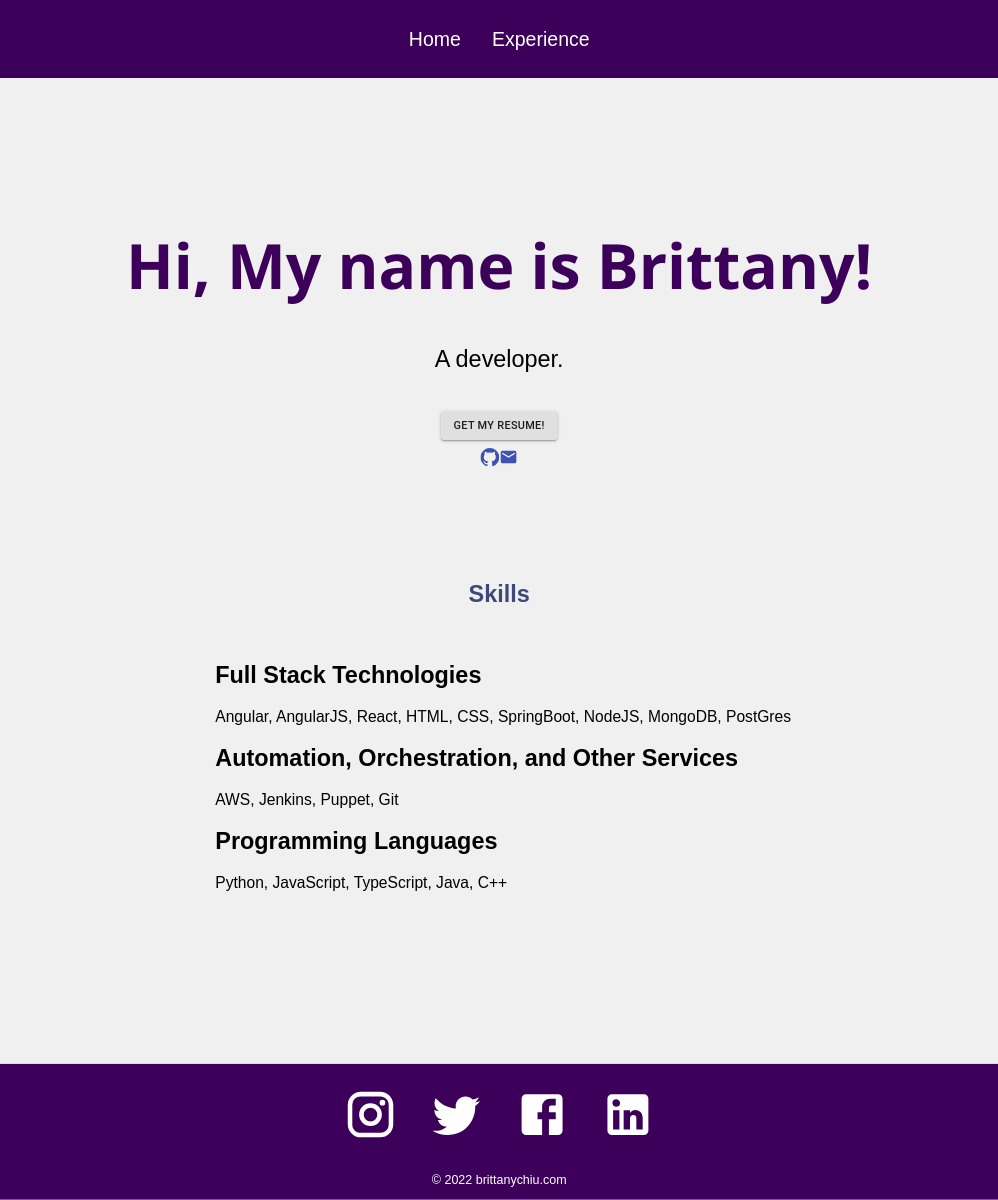
Repository: chiubacca94/chiufolio
Page: /
An editor plug-in stored every save of this project. The page is shown before and after the next save, followed by the edit.
The browser window is 1280 px wide. The pictures show the whole page, at 78% of full size.
The project was rebuilt for these pictures with package versions that can differ from the ones it lists, and the page was loaded fresh each time. Also part of the build but not shown: src/components/Projects/Projects.js, src/components/Experiences/Experiences.css, src/components/Experiences/Experiences.js.

Above is the page before, as saved 2022-07-04 22:48:57.

### src/App.js
import './App.css';
import { BrowserRouter as Router, Routes, Route } from 'react-router-dom';
import Navbar from './components/NavBar/Navbar';
import Home from './components/Home/Home';
import Projects from './components/Projects/Projects';
import Experiences from './components/Experiences/Experiences';
import Footer from './components/Footer/Footer';


function App() {
  return (
    <div className="App">
      <Router>
        <Navbar />
        <Routes>
          <Route path="/" element={ <Home /> }></Route>
          <Route path="/projects" element={ <Projects /> }></Route>
          <Route path="/experiences" element={ <Experiences /> }></Route>
        </Routes>
        <Footer />
      </Router>
    </div>
  );
}

export default App;

### src/App.css
.App {
  width: 100%;
  height: auto;
  display: flex;
  flex-direction: column;
  font-family: Arial, Helvetica, sans-serif;
  background-color: #f0f0f0;
}

body {
  padding: 0;
  margin: 0;
  height: 100%;
}

### src/components/NavBar/Navbar.js
import React, {useEffect, useState} from "react";
import { Link, useLocation } from "react-router-dom";
import ReorderIcon from '@material-ui/icons/Reorder';
import "./Navbar.css"

function Navbar() {
    // NavBr States
    const [ expandNavbar, setExpandNavbar ] = useState(false)
    const location = useLocation();

    // use when location changes and set navbar to false
    useEffect(() => {
        setExpandNavbar(false);
    }, [location])

    return (
        // id will change based on state
        <div className="navbar" id={expandNavbar ? "open" : "close"}>
            <div className="toggleButton">
                <button onClick={() => { setExpandNavbar((prev) => !prev) }}>
                    <ReorderIcon></ReorderIcon>
                </button>
            </div>
            <div className="links">
                <Link to="/"> Home </Link>
                {/* <Link to="/projects"> Projects </Link>  */}
                <Link to="/experiences"> Experience </Link>
            </div>
        </div>
    )
}

export default Navbar;

### src/components/Home/Home.js
import React from 'react'
import GitHubIcon from '@material-ui/icons/GitHub'
import EmailIcon from '@material-ui/icons/Email'
import Button from '@material-ui/core/Button'
import Link from '@material-ui/core/Link'
import './Home.css'

export default function Home() {
  return (
    <div className='home'>
        <section className='about'>
            <h2>Hi, My name is Brittany!</h2>
            <div className='prompt'><p> A developer.</p></div>
            <Button variant='contained'>Get my Resume!</Button>
            <div className='icons'>
                <Link href="https://github.com/brittanychiucode/" target="_blank" >
                    <GitHubIcon />
                </Link>
                <Link href="mailto:bc.chiu12@gmail.com" target="_blank" >
                    <EmailIcon />
                </Link>
            </div>
        </section>
        <section className='skills'>
            <h1>Skills</h1>
            <ol className='list'>
                <li className='item'>
                    <h2>Full Stack Technologies</h2>
                    <span>Angular, AngularJS, React, HTML, CSS, SpringBoot, NodeJS, MongoDB, PostGres</span>
                </li>
                <li className='item'>
                    <h2>Automation, Orchestration, and Other Services</h2>
                    <span>AWS, Jenkins, Puppet, Git</span>
                </li>
                <li className='item'>
                    <h2>Programming Languages</h2>
                    <span>Python, JavaScript, TypeScript, Java, C++</span>
                </li>
            </ol>
        </section>
    </div>
  )
}

### src/components/Footer/Footer.js
import React from 'react';
import InstagramIcon  from '@material-ui/icons/Instagram';
import TwitterIcon from '@material-ui/icons/Twitter';
import FacebookIcon from '@material-ui/icons/Facebook';
import LinkedInIcon from '@material-ui/icons/LinkedIn';
import Link from '@material-ui/core/Link'
import './Footer.css'

export default function Footer() {
  return (
    <div className='footer'>
        <div className='socialMedia'>
            <Link href="https://www.instagram.com/bchiuable/" target="_blank" >
                <InstagramIcon />
            </Link>
            <Link href="https://twitter.com/brittanychiu" target="_blank" >
                <TwitterIcon />
            </Link>
            <Link href="https://www.facebook.com/brittany.chiu94"  target="_blank" >
                <FacebookIcon />
            </Link>
            {/* className={classes.link} */}
            <Link href="https://www.linkedin.com/in/brittanychiu/"  target="_blank" >
                <LinkedInIcon />
            </Link>
        </div>
        <p>&copy; 2022 brittanychiu.com</p>
    </div>
  )
}

### src/components/NavBar/Navbar.css
.navbar {
    width: 100%;
    height: 100px;
    background: #3c005a;
  }

  .links {
    width: 100%;
    height: 100%;
    display: flex;
    align-items: center;
    justify-content: center;
    color: white;
  }

  .navbar a {
    color: white;
    text-decoration: none;
    margin: 20px;
    font-size: 25px;
  }

  .toggleButton {
    width: 100%;
    height: 100px;
    display: flex;
    align-items: center;
    justify-content: flex-end;
  }

  .toggleButton svg {
    font-size: 50px;
  }
  .toggleButton button {
    margin-right: 20px;
    background-color: transparent;
    border: none;
    color: white;
    cursor: pointer;
  }

  #open {
    height: 100vh;
  }

  #open .links {
    flex-direction: column;
    justify-content: flex-start;
    margin-top: 100px;
  }

  #open a {
    width: 100%;
    text-align: center;
  }

  @media only screen and (max-width: 900px) {
    .navbar a {
      width: 70px;
    }
  }

  @media only screen and (max-width: 600px) {
    .toggleButton {
      display: flex;
    }
    #close a {
      display: none;
    }
  }

  @media only screen and (min-width: 600px) {
    .toggleButton {
      display: none;
    }

    .hiddenLinks {
      display: none;
    }

    #open {
      height: 100px;
    }

    #open .links {
      flex-direction: row;
    }
  }

### src/components/Home/Home.css
.home {
    width: 100%;
    align-items: center;
    font-family: "Arial", sans-serif;
    /* color: #3e497a; */
    color: white;
  }

  .about {
    width: 100%;
    height: calc(100vh - 100px);
    display: flex;
    flex-direction: column;
    justify-content: center;
    align-items: center;
    text-align: center;
    /* background-color: #21325e; */
    color: black;
  }

  .about h2 {
    font-family: "Segoe UI", Tahoma, Geneva, Verdana, sans-serif;
    font-size: 80px;
    color: #3c005a;
    min-height: 50px;
    margin-bottom: 10px;
  }

  .about .prompt {
    padding-top: 10px;
    width: 40%;
    font-size: 30px;
    margin-bottom: 20px;
  }
  .prompt svg {
    font-size: 60px;
    margin: 5px;
    color: white;
  }

  .icons{
    padding-top: 10px;
  }

  .skills {
    font-size: 20px;
    width: 100%;
    display: flex;
    justify-content: center;
    flex-direction: column;
    align-items: center;
    scroll-snap-type: y mandatory;
  }

  .skills section {
    scroll-snap-align: start;
}

  .skills h1 {
    color: #3e497a;
  }

  .skills .list {
    list-style: none;
    width: 60%;
    color: black;
  }

  .list span {
    font-size: 20px;
  }

  @media only screen and (max-width: 905px) {
    .about h2 {
      font-size: 60px;
    }

    .about .prompt {
      margin-top: 10px;
      font-size: 20px;
      width: 80%;
    }

    .skills {
      text-align: center;
    }
    .list {
      padding: 0;
    }

    .skills h2 {
      font-size: 30px;
    }
  }

  @media only screen and (max-width: 600px) {
    .about h2 {
      font-size: 40px;
    }

    .about .prompt {
      margin-top: 10px;
      font-size: 20px;
      width: 80%;
    }

    .skills {
      text-align: center;
    }
    .list {
      padding: 0;
    }

    .skills h2 {
      font-size: 30px;
    }
  }

### src/components/Footer/Footer.css
.footer {
    width: 100%;
    height: none;
    background: #3c005a;
    display: flex;
    justify-content: center;
    align-items: center;
    flex-direction: column;
    padding-top: 10px;
    margin-top: 200px;
    bottom: 0;
  }

  .socialMedia svg {
    color: white;
    margin: 20px;
    font-size: 70px;
    cursor: pointer;
  }

  .footer p {
    color: white;
  }

  @media only screen and (max-width: 600px) {
    .footer svg {
      font-size: 50px;
    }
  }

Loaded but not shown: public/index.html (common file); src/index.js (common file); src/index.css (common file); src/reportWebVitals.js (common file)

After the next save:
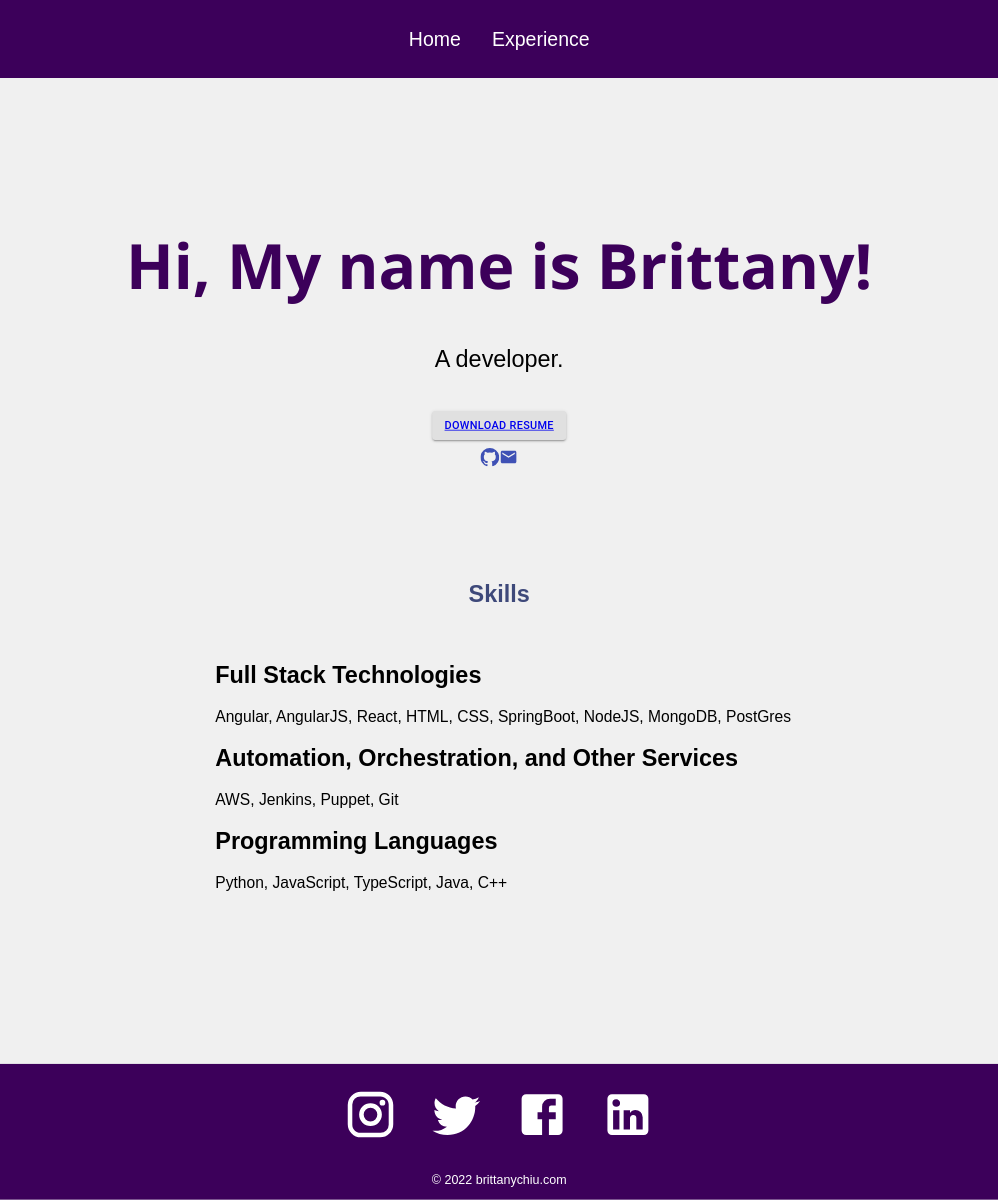
Saved 4 min 38 s later.
--- a/src/components/Home/Home.js
+++ b/src/components/Home/Home.js
@@ -11,7 +11,7 @@ export default function Home() {
         <section className='about'>
             <h2>Hi, My name is Brittany!</h2>
             <div className='prompt'><p> A developer.</p></div>
-            <Button variant='contained'>Get my Resume!</Button>
+            <Button variant='contained'><a href="path_to_file" download="proposed_file_name">Download Resume</a></Button>
             <div className='icons'>
                 <Link href="https://github.com/brittanychiucode/" target="_blank" >
                     <GitHubIcon />
